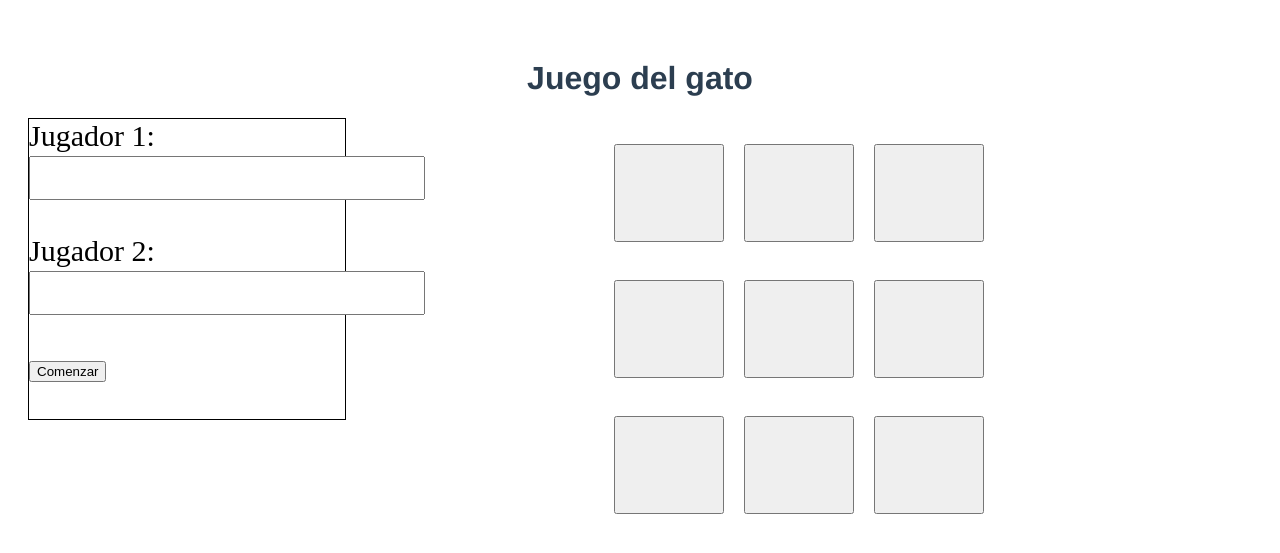
Repository: franciscamanquecheo/Taller-2
Page: / (app in vite-project/)
An editor plug-in stored every save of this project. The page is shown before and after the next save, followed by the edit.
The browser window is 1280 px wide. The pictures show the whole page.
The project was rebuilt for these pictures with package versions that can differ from the ones it lists, and the page was loaded fresh each time. Also part of the build but not shown: vite-project/vite.config.ts.

Above is the page before, as saved 2022-06-17 17:55:31.

After the next save:
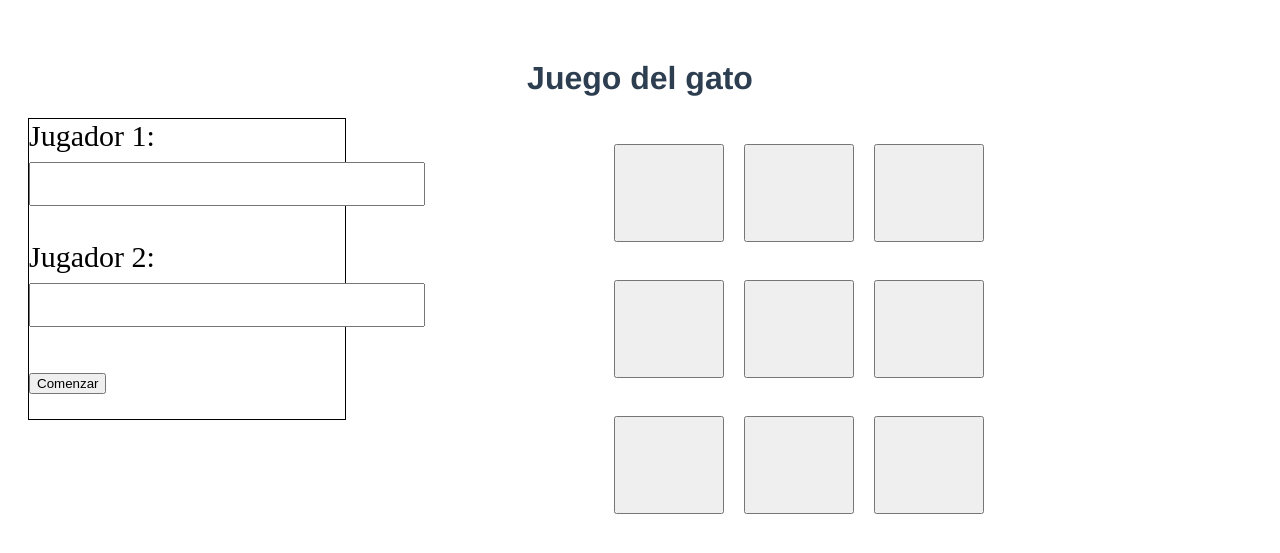
Saved 5 s later.
--- a/vite-project/src/App.vue
+++ b/vite-project/src/App.vue
@@ -82,7 +82,7 @@ article#Tablero input{
 
 }
 input[type="text"]{
-  margin-top: 0.1em;
+  margin-top: 0.3em;
   font-size: 1em;
   margin: 0.2 em;
   padding: 0.1em;
